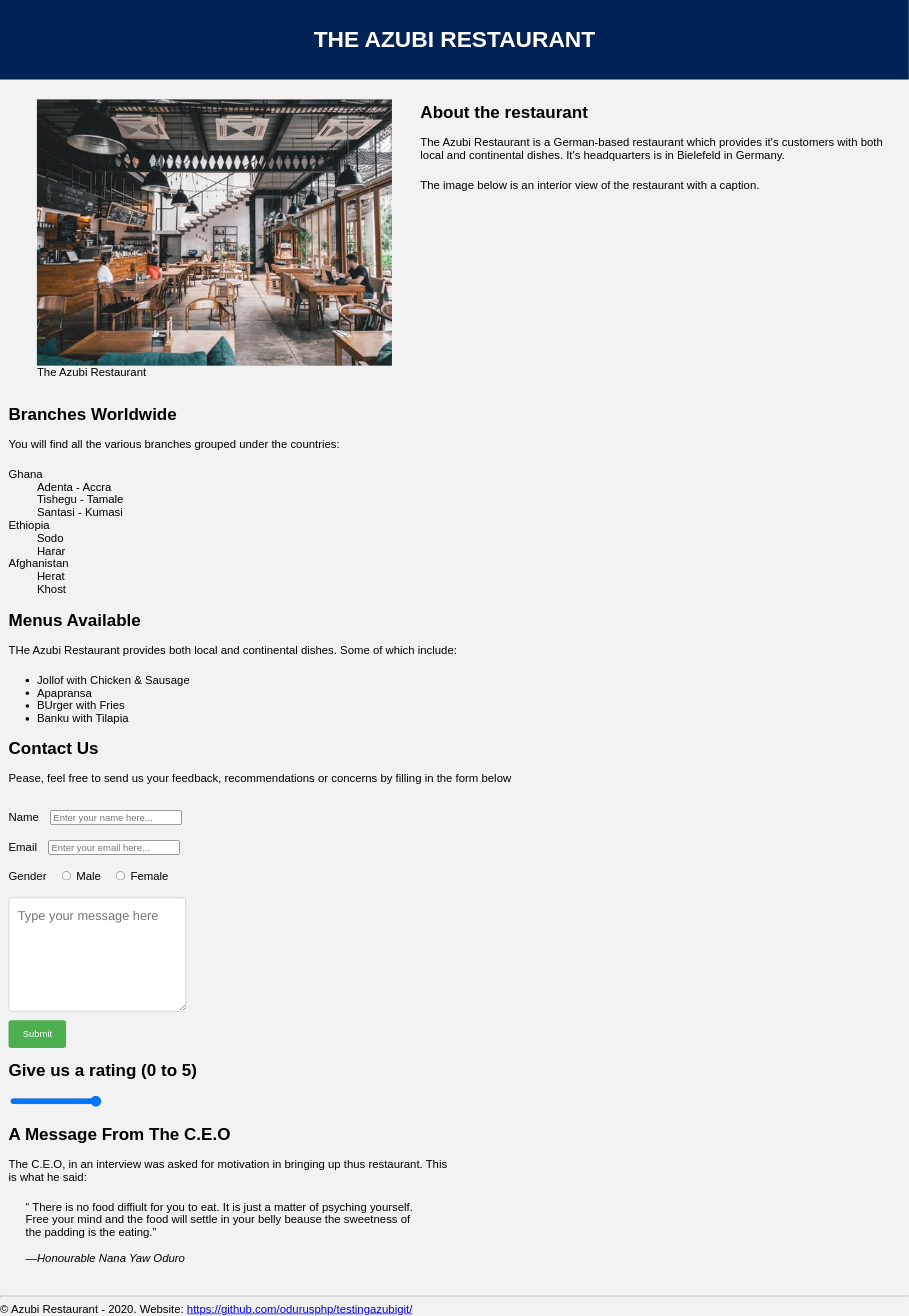
Repository: odurusphp/testingazubigit
Page: Fortune/FortunatusWulnye.html
These files come from the project's save history. The page is drawn as it stood at one moment and after the next save; the edit follows.
The browser window is 1280 px wide. The pictures show the whole page, at 71% of full size.

Above is the page before, as saved 2020-08-03 03:06:25.

After the next save:
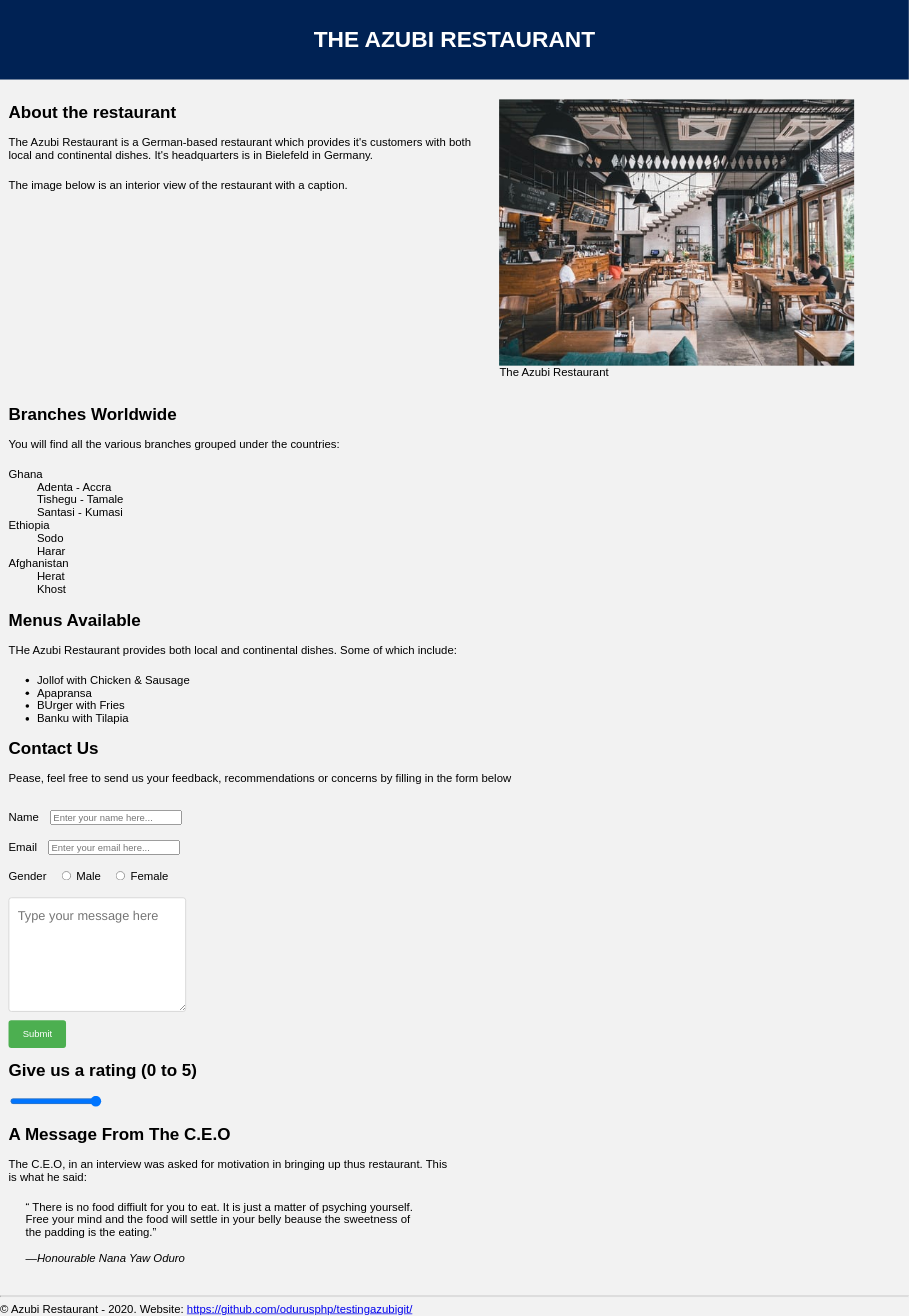
Saved 38 s later.
--- a/Fortune/FortunatusWulnye.html
+++ b/Fortune/FortunatusWulnye.html
@@ -24,15 +24,7 @@
 
       <main class="main-container">
         <section class="aboutOne" >
-          <div class="about-fig" >
-            <figure>
-              <img
-                src="images/FortununatusWulnyeRestaurant.jpg"
-                alt="Azubi Restaurant"
-              />
-              <figcaption>The Azubi Restaurant</figcaption>
-            </figure>
-          </div>
+
         <aside class="About" >
           <h2>About the restaurant</h2>
           <p>
@@ -46,7 +38,12 @@
           </p>
           <!--IN ADDING THE IMAGE YOU TYPED OUT THE SRC WRONGLY KINDLY TAKE NOTE AND DO WELL TO REVIEW YOUR PAGE ALWAYS-->
         </aside>
-
+  <div class="about-fig">
+    <figure>
+      <img src="images/FortununatusWulnyeRestaurant.jpg" alt="Azubi Restaurant" />
+      <figcaption>The Azubi Restaurant</figcaption>
+    </figure>
+  </div>
         </section>
 
         <section class="branches">
